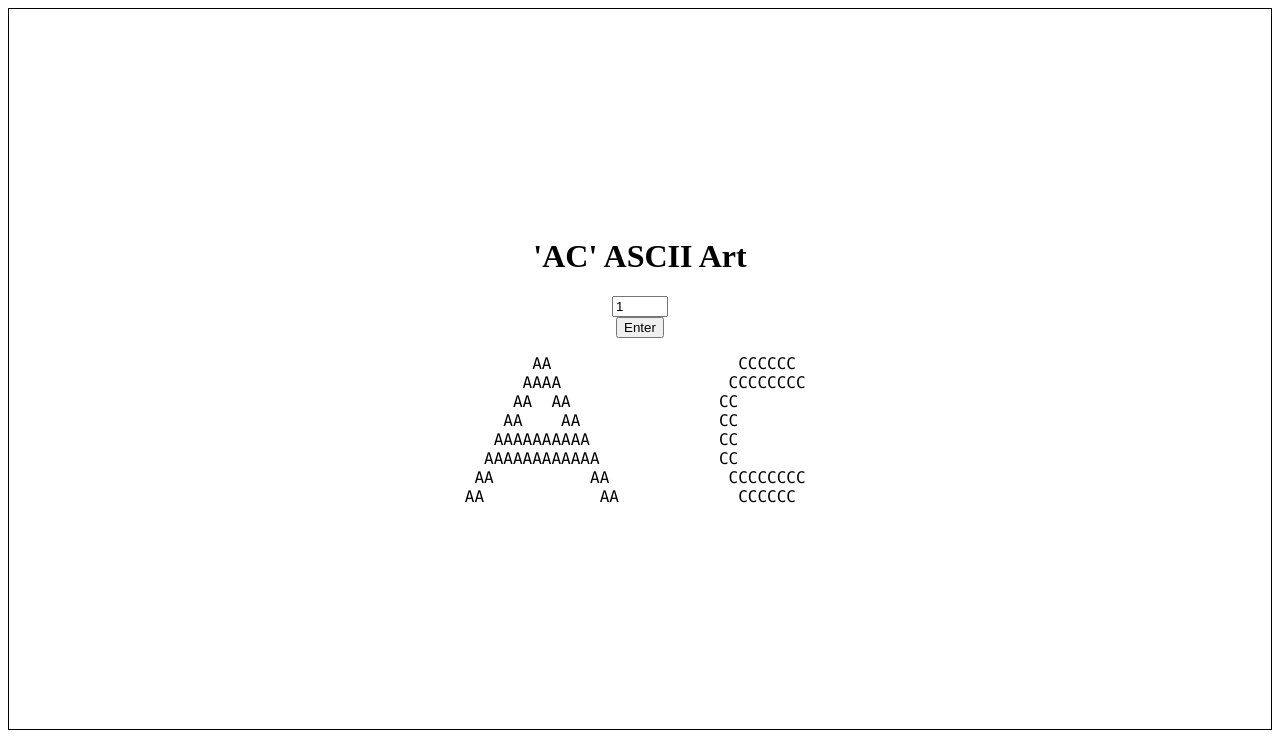
Repository: Achorn/ascii-art
Page: index.html
An editor plug-in stored every save of this project. The page is shown before and after the next save, followed by the edit.
The browser window is 1280 px wide. The pictures show the whole page.
After loading, the first visible `button` was clicked once.

Above is the page before, as saved 2021-08-09 21:00:59.

After the next save:
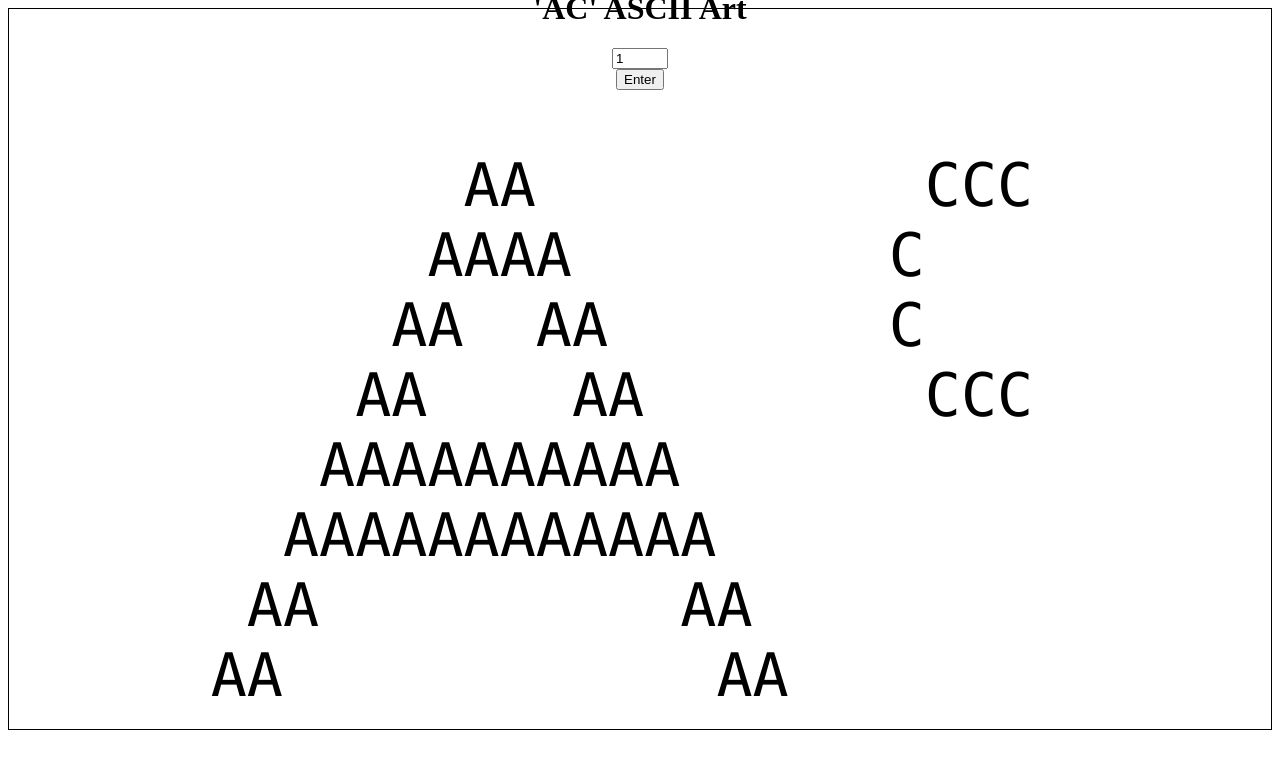
Saved 21 s later.
--- a/myscripts.js
+++ b/myscripts.js
@@ -148,4 +148,5 @@ function scaleLetters(scale) {
 function handlePress() {
   scale = scaleInput.value;
   console.log(scale);
+  scaleLetters(scale);
 }
